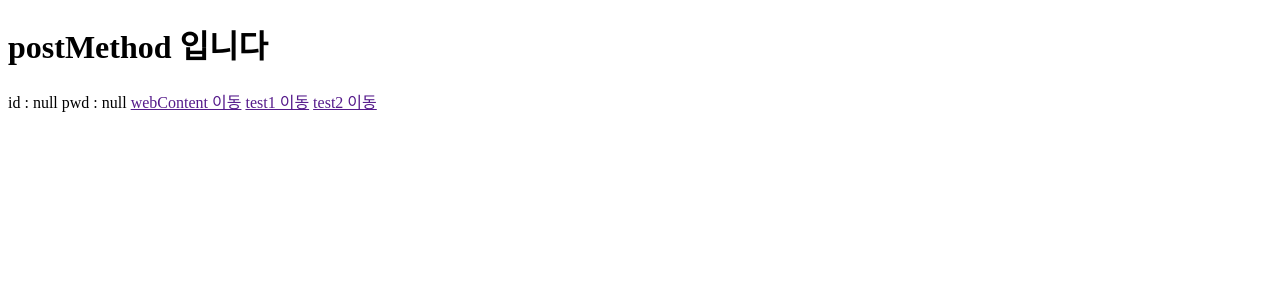
Repository: hangilyon/allJSPStudy
Page: http://localhost/jsp01/get_post/postMethod.jsp
The author's editor kept a copy of each file at every save. The page is drawn from the files as they stood at one save, then again after the next save.
The browser window is 1280 px wide. The pictures show the whole page.
The page is served by Tomcat 9.

Above is the page before, as saved 2021-10-19 10:58:14.

After the next save:
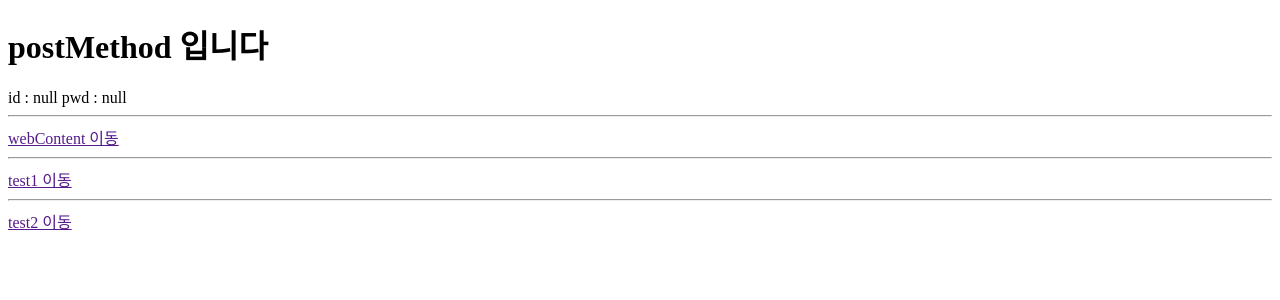
Saved 10 s later.
--- a/jsp01/src/main/webapp/get_post/postMethod.jsp
+++ b/jsp01/src/main/webapp/get_post/postMethod.jsp
@@ -16,8 +16,8 @@
 	id : <%= request.getParameter("id") %>
 	pwd : <%= request.getParameter("pwd") %>
 
-	<a href="">webContent 이동</a>
-	<a href="">test1 이동</a>
-	<a href="">test2 이동</a>
+	<hr><a href="">webContent 이동</a>
+	<hr><a href="">test1 이동</a>
+	<hr><a href="">test2 이동</a>
 </body>
 </html>
